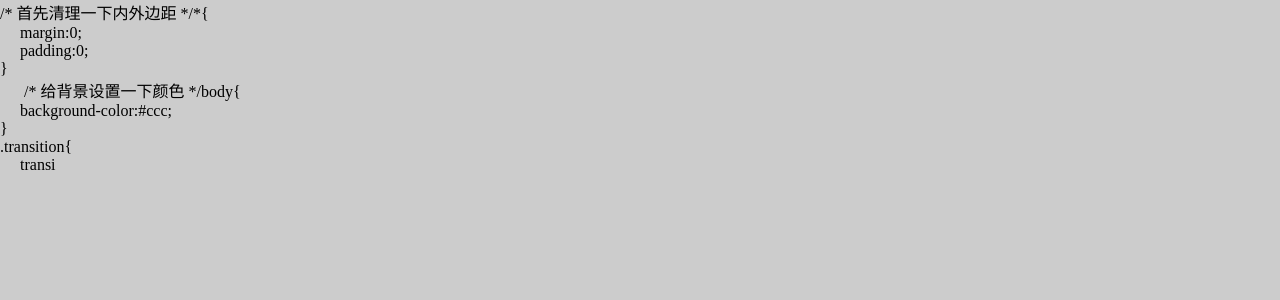
Repository: ScarApocalypse/study
Page: 一些想法/test.html
The author's editor kept a copy of each file at every save. The page is drawn from the files as they stood at one save, then again after the next save.
The browser window is 1280 px wide. The pictures show the whole page.

Above is the page before, as saved 2019-08-02 01:00:07.

### 一些想法/test.html
<!DOCTYPE html>
<html lang="en">

<head>
    <meta charset="UTF-8">
    <meta name="viewport" content="width=device-width, initial-scale=1.0">
    <meta http-equiv="X-UA-Compatible" content="ie=edge">
    <title>Document</title>
    <style>
            .box1{
                position: absolute;
                left:0px;
                top:0px;
                /* z-index:-1; */
            }
            .box2{
                position: absolute;
                left:0px;
                top:0px;
                /* z-index:-1; */
            }
           </style>
    <style>
        /* 首先清理一下内外边距 */
        /* 然后画一个div */
        .box2{width: 100px;height: 100px;background-color:yellow;top:300px;left:300px;}
        .transition{transition:all 0.5s;}
    </style>

</head>

<body>
    <div id="show"></div>
    <div class="box1 transition">

    </div>
    <div class="box2 transition">

    </div>
    <script>
        var show = document.getElementById('show');
        var style = document.getElementsByTagName('style')[1];
        console.log(style);
        var reg = /[{};]/;
        var str = '/* 首先清理一下内外边距 */*{margin:0;padding:0;} /* 给背景设置一下颜色 */body{background-color:#ccc;}.transition{transition:all 0.5s;}.box1{width:100px;height:100px;background-color:red;position:absolute;top:400px;left:400px;border-radius:50%;}.box2{width: 100px;height: 100px;background-color:yellow;top:300px;left:300px;border-radius:50%;}';
        var styleStr = '';
        var showStr = '';
        // var chat="1";
        var length = str.length;
        var strIndex = 0;
        var timeOut = setInterval(() => {
            if (strIndex == length - 1) {
                console.log(showStr);
                clearInterval(timeOut);

            }
            styleStr += [str[strIndex]];
            showStr += [str[strIndex]];
            if (reg.test(str[strIndex])) {
                showStr += '<br>';
                if (str[strIndex + 1] != '}' && str[strIndex + 1] != '.') {
                    showStr += '&nbsp;&nbsp;&nbsp;&nbsp;&nbsp;'
                }
            }

            // console.log(showStr);
            show.innerHTML = showStr;
            style.innerHTML=styleStr;


            strIndex++;
        }, 50);
    </script>
</body>

</html>

After the next save:
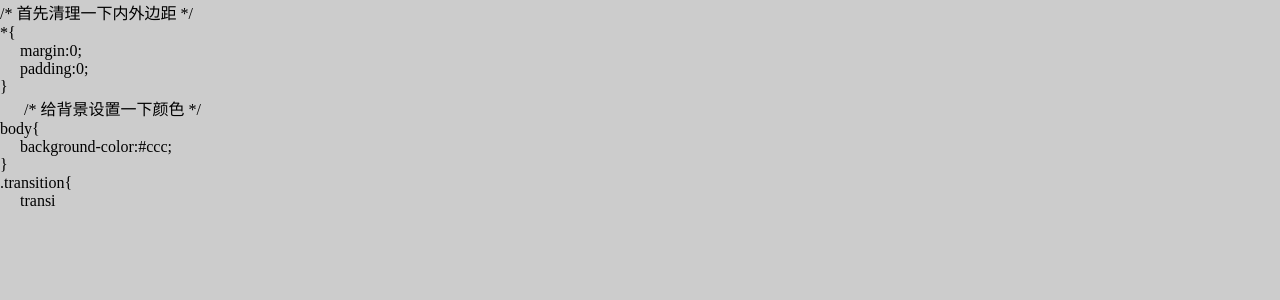
Saved 78 s later.
--- a/一些想法/test.html
+++ b/一些想法/test.html
@@ -62,7 +62,9 @@
                     showStr += '&nbsp;&nbsp;&nbsp;&nbsp;&nbsp;'
                 }
             }
-
+            if(str[strIndex]=='/'&&str[strIndex-1]=='*'){
+                showStr+='<br>';
+            }
             // console.log(showStr);
             show.innerHTML = showStr;
             style.innerHTML=styleStr;
